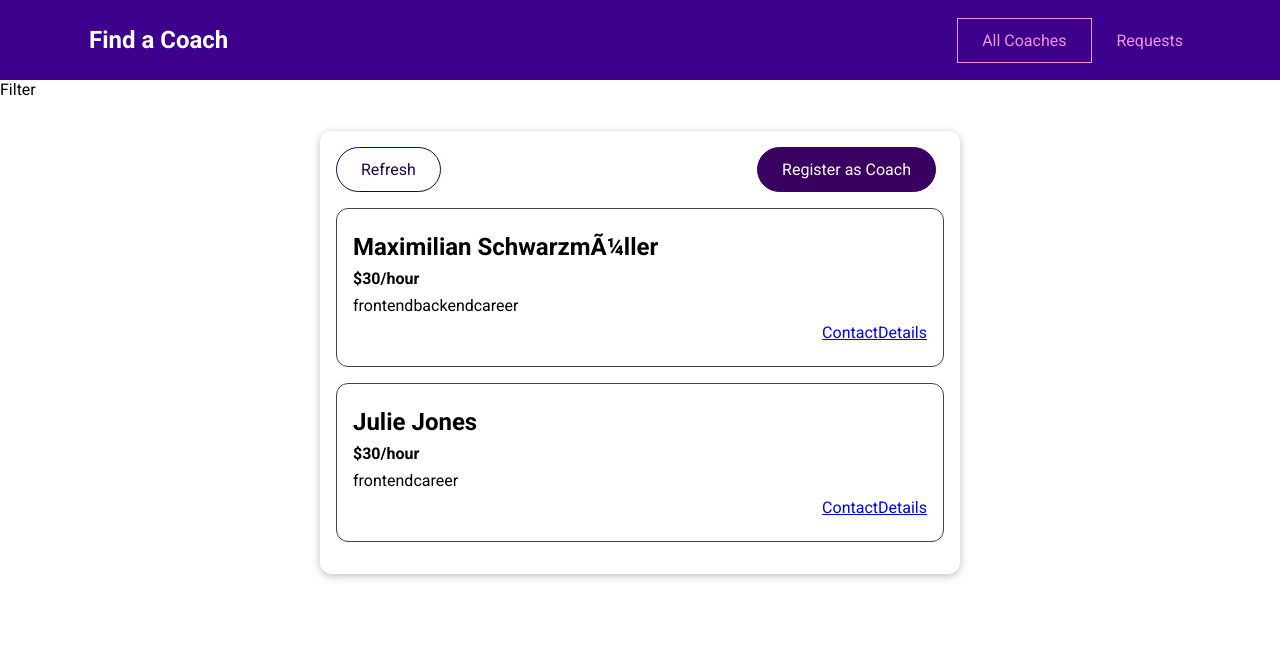
Repository: JesNatTer/coachfinder-app
Page: /coaches
The author's editor kept a copy of each file at every save. The page is drawn from the files as they stood at one save, then again after a run of saves.
The browser window is 1280 px wide. The pictures show the whole page.
The project was rebuilt for these pictures with package versions that can differ from the ones it lists, and the page was loaded fresh each time. Also part of the build but not shown: src/pages/coaches/CoachDetails.vue, src/pages/coaches/CoachRegister.vue, src/pages/requests/ContactCoach.vue, src/pages/requests/RequestsReceived.vue. Imported but missing from the stored project, and not drawn on this page: src/pages/NotFound.vue.

Above is the page before, as saved 2021-11-26 14:44:49.

After the next 2 saves:
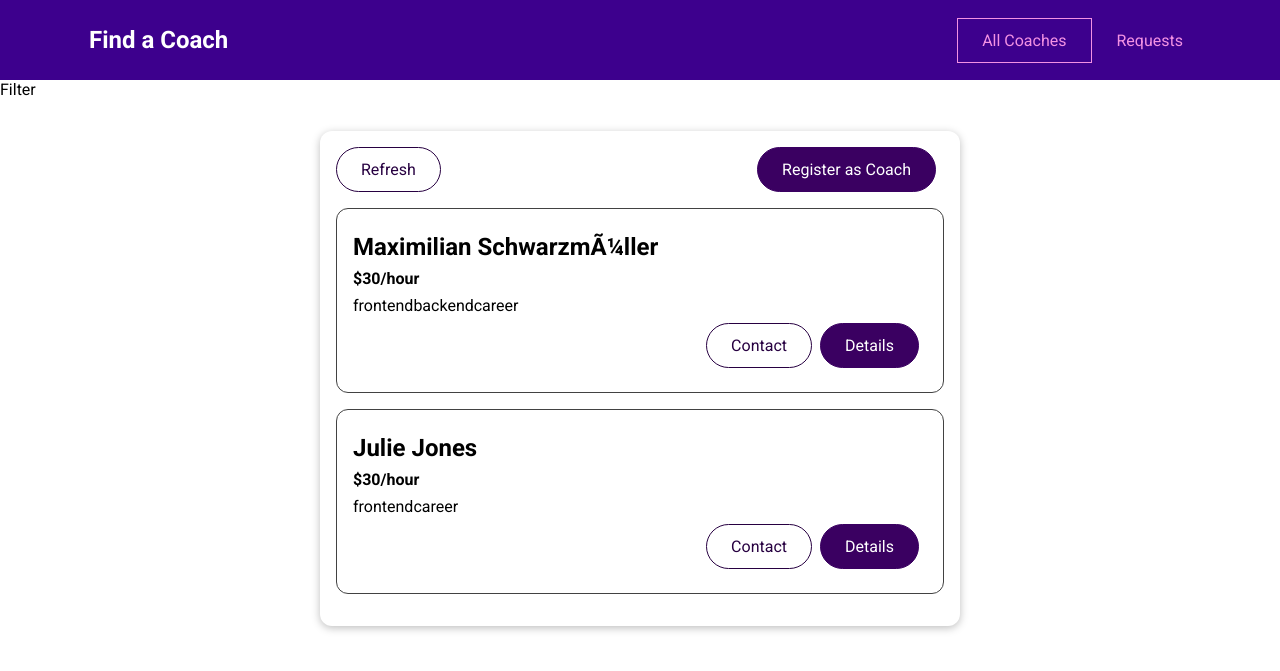
The 2 saves are shown as one change because 1 did not build or start.
The last was saved 57 s later.
--- a/src/components/coaches/CoachItem.vue
+++ b/src/components/coaches/CoachItem.vue
@@ -8,13 +8,14 @@
           </span>
       </div>
       <div class="actions">
-          <router-link :to="coachContactLink">Contact</router-link>
-          <router-link :to="coachDetailsLink">Details</router-link>
+          <base-button mode="outline" link :to="coachContactLink">Contact</base-button>
+          <base-button link :to="coachDetailsLink">Details</base-button>
       </div>
   </li>
 </template>
 
 <script>
+import BaseButton from '../ui/BaseButton.vue'
 export default {
     props: ['id', 'firstName', 'lastName', 'rate', 'areas'],
     computed: {
